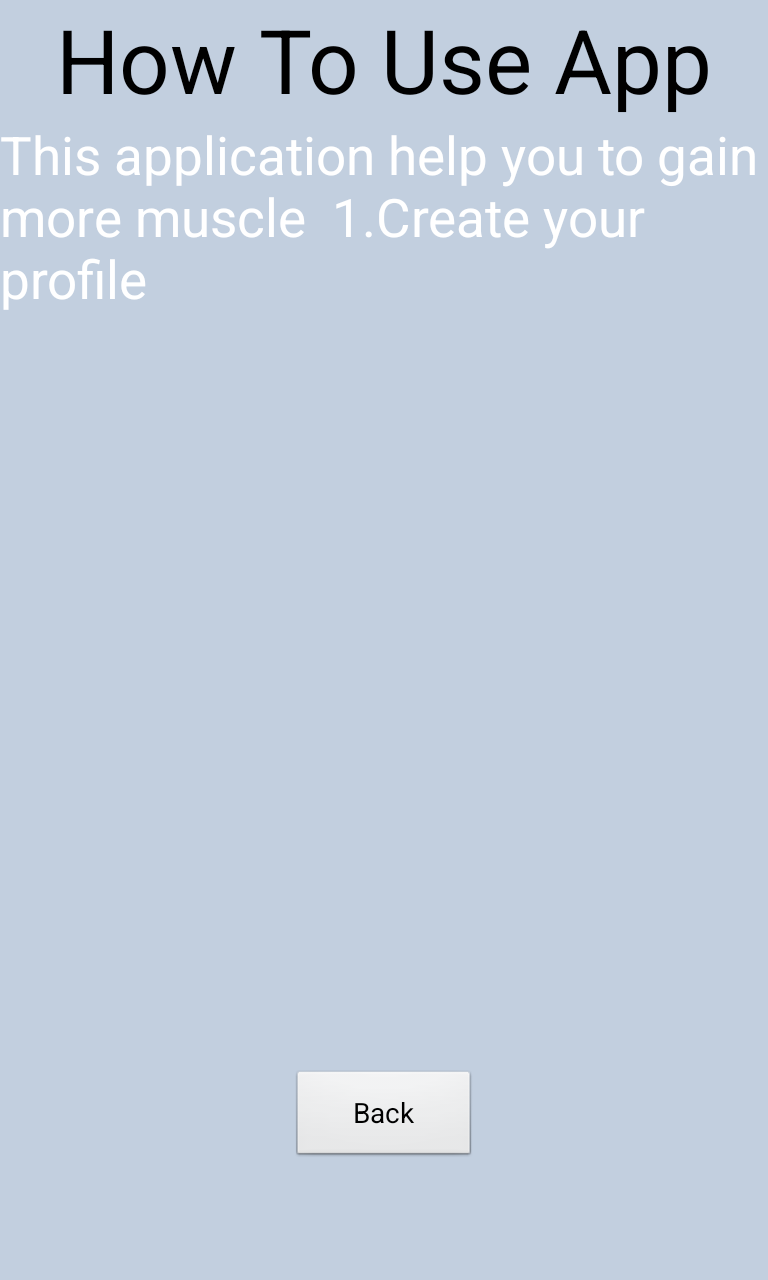
Repository: parinya1968/My-project
Layout: DroidWork/getBig/res/layout/howto.xml
These files come from the project's save history. The layout is drawn as it stood at one moment and after the next save; the edit follows.
It is drawn on a 768 x 1280 px phone screen (xhdpi) without system bars, with theme android:Theme.NoTitleBar.Fullscreen; the app's code is not run.

Above is the layout before, as saved 2012-06-20 05:52:54.

After the next save:
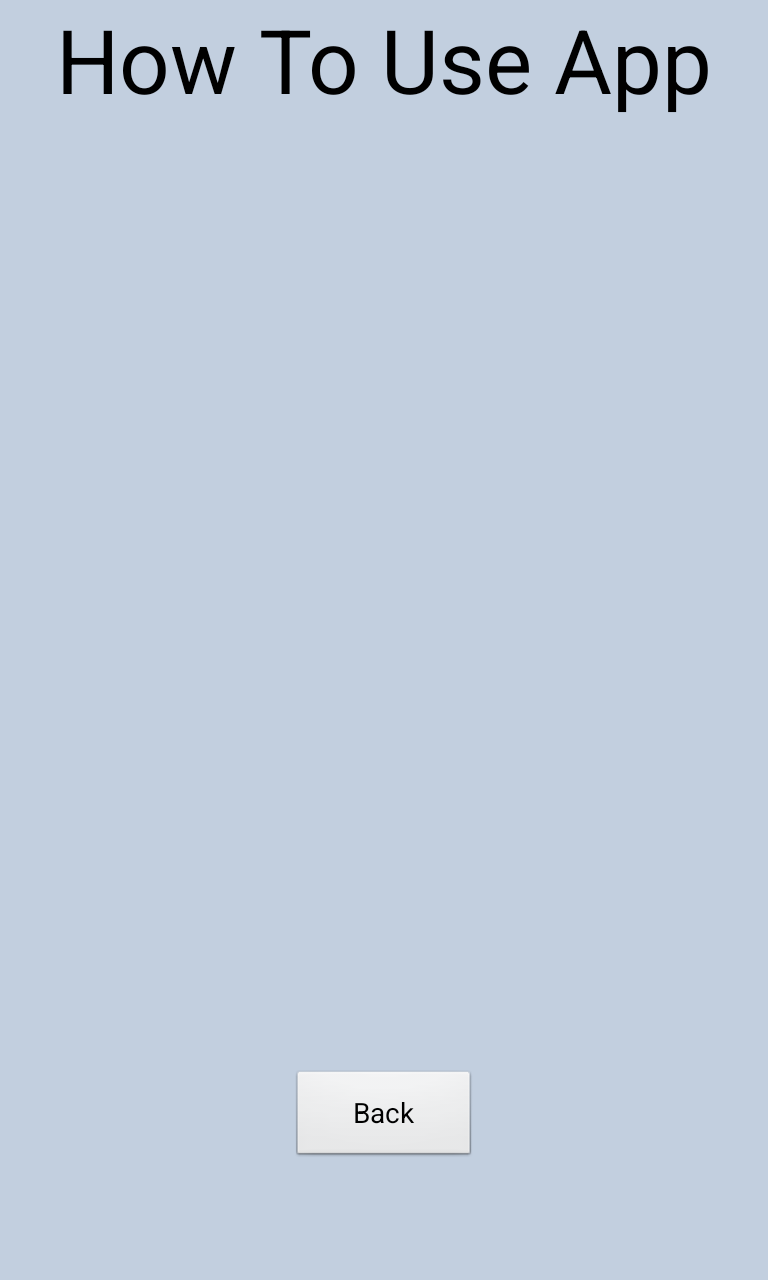
Saved 6 s later.
--- a/DroidWork/getBig/res/values/strings.xml
+++ b/DroidWork/getBig/res/values/strings.xml
@@ -4,8 +4,7 @@
     <string name="hello">Hello World, GetBigActivity!</string>
     <string name="app_name">GetBig</string>
     <string name="howTo">
-        <p>This application help you to gain more muscle <br />
-        </p><br />1.Create your profile
+
     </string>
 
 </resources>
